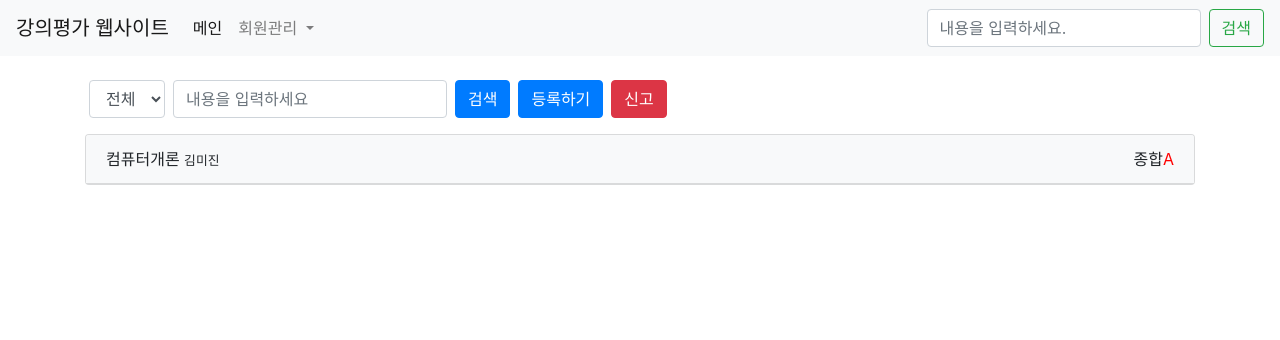
Repository: mijin99/lecture-evaluation
Page: http://localhost/Lecture_Evaluation/
An editor plug-in stored every save of this project. The page is shown before and after the next save, followed by the edit.
The browser window is 1280 px wide. The pictures show the whole page.
The page is served by Tomcat 9. Other server files are loaded and not shown.

Above is the page before, as saved 2020-12-24 17:21:45.

### Lecture Evaluation/WebContent/index.jsp
<%@ page language="java" contentType="text/html; charset=UTF-8"
    pageEncoding="UTF-8"%> <!--  한글로 -->
    <!-- PUBLIC부터 쭉 지움 -> HTML5 사용을 위해  -->
<!DOCTYPE html>
<html>
<head>
	<meta http-equiv="Content-Type" content="text/html; charset=UTF-8">
	<!-- 반응형웹이기 때문에 뷰 포트에 관련한 메타태그를 넣어줘야함 /디바이스너비                           -->
	<meta name ="viewport" content="width=device-width, initial-scale=1, Shrink-to-fit =no" >
	<title>강의평가 웹사이트</title>
	<!--  부트스트랩 css추가 -->
	<link rel="stylesheet" href="./css/bootstrap.min.css">
	<!--  커스텀 css추가 -->
	<link rel="stylesheet" href="./css/custom.css">
</head>
<body>
	<!--네비게이션  바 (HTML5부터)/부트스트랩이 제공 밝은 하양바-->
	<nav class="navbar navbar-expand-lg navbar-light bg-light">
		<!-- 부트스트랩안에서 로고 같은거 출력 -->
		<a class="navbar-brand" href="index.jsp">강의평가 웹사이트</a>
		<!-- 누르면 navbar id요소가 보였다 안보였다. -->
		<button class="navbar-toggler" type="button" data-toggle="collapse" data-target="#navbar">
			<!-- 점 3개 아이콘 -->
			<span class="navbar-toggler-icon"></span>
		</button>
		<!-- 버튼 눌러서 나타났다, 사라졌다 하는 부분  #navbar << 이거-->
		<div id="navbar" class="collapse navbar-collapse">
			<ul class="navbar-nav mr-auto">
				<li class="nav-item active">
					<a class="nav-link" href="index.jsp">메인</a>
				</li>
				<!-- 누르면 목록나옴 dropdown  -->
				<li class="nav-item dropdown">
				<!-- 눌르면 나타났다 사라졌다.. toggle -->
					<a class="nav-link dropdown-toggle" id="dropdown" data-toggle="dropdown">
						회원관리
					</a>
					<div class="dropdown-menu" aria-labelledby="dropdown">
						<a class="dropdown-item" href="#">로그인</a>
						<a class="dropdown-item" href="#">회원가입</a>
						<a class="dropdown-item" href="#">로그아웃</a>
					</div>
				</li>
			</ul>
			<!-- 검색창  -->
			<form class="form-inline my-2 my-lg-0">
				<input class="form-control mr-sm-2" type="search" placeholder="내용을 입력하세요." aria-label="Search">
					<!-- 전송버튼 -->
				<button class="btn btn-outline-success my-2 my-sm-0" type="submit">검색</button>
			</form>
		</div>
	</nav>

	<!-- 본문 내용 -->   <!-- 컨테이너 - 반응형 -->
	<section class="container">						<!-- 위로 마진 3 -->
		<form method="get" action="./index.jsp" class="form-inline mt-3">
			<!-- 강의 구분  -->								<!-- 마진 -->
			<select name="lectureDivide" class="form-control mx-1 mt-2">
				<option value="전체">전체</option>
				<option value="전공">전공</option>
				<option value="교양">교양</option>
				<option value="기타">기타</option>
			</select>
			<input type="text" name="search" class="form-control mx-1 mt-2" placeholder="내용을 입력하세요">
			<button type="submit" class="btn btn-primary mx-1 mt-2">검색</button>
			<!-- 모달창으로 강의평가 등록하기 -->						<!-- 웹페이지 위쪽 등록양식 -->
			<a class="btn btn-primary mx-1 mt-2" data-toggle="modal" href="#registerModal">등록하기</a>
			<a class="btn btn-danger mx-1 mt-2" data-toggle="modal" href="#reportModal">신고</a>
		</form>


		<!-- 강의평가 등록했을 때 보이는 모습 -->
		<div class="card bg-light mt-3">
			<div class="card-header bg-light">
				<div class="row">
					<div class="col-8 text-left">컴퓨터개론&nbsp;<small>김미진</small></div>
					<div class="col-4 text-right">
						종합<span style="color :red;">A</span>
					</div>
				</div>
			</div>
		</div>
	</section>



	<!-- 등록하기 모달창 -->
	<div class="modal fade" id="registerModal" tabindex="-1" role="dialog" aria-labelledby="modal" aria-hidden="true">
		<!-- 모달창임을 알려줌 -->
		<div class="modal-dialog">
			<!-- 모달 창 안에 내용 정의-->
			<div class="modal-content">
				<!-- 헤더와 바디로 구성 -->
				<div class="modal-header">
					<h5 class="modal-title" id="modal">평가등록</h5>
					<!-- 닫기버튼 누르면 닫히게 -->
					<button type="button" class="close" data-dismiss="modal" aria-label="Close">
						<span aria-hidden="true">&times;</span>
					</button>
				</div>
				<div class="modal-body">
					<!-- 평가 등록 요청 -->
					<form action="./evaluationRegisterAction.jsp" method="post">
						<!-- 하나의 행을 여러개 열로 나눌때  1행-->
						<div class="form-row">
							<!-- 컬럼 -->
							<div class="form-group col-sm-6">
								<label>강의명</label>
								<input type="text" name="lectureName" class="form-control" maxlength="20">
							</div>
							<div class="form-group col-sm-6">
								<label>교수명</label>
								<input type="text" name="professorName" class="form-control" maxlength="20">

							</div>
						</div>

						<!-- 2행 -->
						<div class="form-row">
							<!-- 폼그룹 - 무언가 선택할 때  -->
							<div class="form-group col-sm-4">
								<label>수강 연도</label>
								<select name="lectureYear" class="form-control">
									<option value="2011">2011</option>
									<option value="2012">2012</option>
									<option value="2013">2013</option>
									<option value="2014">2014</option>
									<option value="2015">2015</option>
									<option value="2016">2016</option>
									<option value="2017">2017</option>
									<option value="2018">2018</option>
									<option value="2019">2019</option>
									<option value="2020" selected>2020</option>
									<option value="2021">2021</option>
									<option value="2022">2022</option>
									<option value="2023">2023</option>
								</select>
							</div>
							<div class="form-group col-sm-4">
								<label>수강 학기</label>
								<select name="semesterDivide" class="form-control">
									<option value="1학기" selected>1학기 </option>
									<option value="여름학기" >여름학기 </option>
									<option value="2학기" >2학기 </option>
									<option value="겨울학기" >겨울학기 </option>
								</select>
							</div>

							<div class="form-group col-sm-4">
								<label>강의 구분</label>
								<select name="lectureDivide" class="form-control">
									<option value="전공" selected>전공 </option>
									<option value="교양" >교양 </option>
									<option value="기타" >기타 </option>
								</select>
							</div>
						</div>

						<!-- 실제 강의 평가 내용 3행 -->
						<div class="form-group">
							<label>제목</label>
							<input type="text" name="evaluationTime" class="form-control" maxlength="30">
						</div>

						<div class="form-group">
							<label>내용</label>
							<textarea  name="evaluationContext" class="form-control" maxlength="2048" style="height:180px;"></textarea>
						</div>

						<!-- 1개의 행을 여러개로 -->
						<div class="form-row">
							<div class="form-group col-sm-3">
							<label>종합</label>
								<select name="totalScore" class="form-control">
									<option value="A" selected>A</option>
									<option value="B" selected>B</option>
									<option value="C" selected>C</option>
									<option value="D" selected>D</option>
									<option value="F" selected>F</option>
								</select>
							</div>

							<div class="form-group col-sm-3">
							<label>성적</label>
								<select name="creditScore" class="form-control">
									<option value="A" selected>A</option>
									<option value="B" selected>B</option>
									<option value="C" selected>C</option>
									<option value="D" selected>D</option>
									<option value="F" selected>F</option>
								</select>
							</div>

							<div class="form-group col-sm-3">
							<label>널널</label>
								<select name="comfortableScore" class="form-control">
									<option value="A" selected>A</option>
									<option value="B" selected>B</option>
									<option value="C" selected>C</option>
									<option value="D" selected>D</option>
									<option value="F" selected>F</option>
								</select>
							</div>

							<div class="form-group col-sm-3">
							<label>강의</label>
								<select name="lectureScore" class="form-control">
									<option value="A" selected>A</option>
									<option value="B" selected>B</option>
									<option value="C" selected>C</option>
									<option value="D" selected>D</option>
									<option value="F" selected>F</option>
								</select>
							</div>
						</div>
						<!-- 모달 헤더, 바디 ,푸터 -->
						<div class="modal-footer">
							<button  type="button" class="btn btn-secondary" data-dismiss="modal">취소</button>
							<button type="submit" class="btn btn-primary">등록하기</button>
						</div>
					</form>
				</div>
			</div>
		</div>
	</div>

	<!-- 신고하기 모달창 -->
	<div class="modal fade" id="reportModal" tabindex="-1" role="dialog" aria-labelledby="modal" aria-hidden="true">
			<!-- 모달창임을 알려줌 -->
			<div class="modal-dialog">
				<!-- 모달 창 안에 내용 정의-->
				<div class="modal-content">
					<!-- 헤더와 바디로 구성 -->
					<div class="modal-header">
						<h5 class="modal-title" id="modal">신고하기</h5>
						<!-- 닫기버튼 누르면 닫히게 -->
						<button type="button" class="close" data-dismiss="modal" aria-label="Close">
							<span aria-hidden="true">&times;</span>
						</button>
					</div>
					<div class="modal-body">
						<!-- 신고 요청 -->
						<form action="./reportAction.jsp" method="post">

							<!-- 실제 강의 평가 내용 3행 -->
							<div class="form-group">
								<label>신고 제목</label>
								<input type="text" name="reportTitle" class="form-control" maxlength="30">
							</div>

							<div class="form-group">
								<label>신고 내용</label>
								<textarea  name="reportContent" class="form-control" maxlength="2048" style="height:180px;"></textarea>
							</div>

							<!-- 모달 헤더, 바디 ,푸터 -->
							<div class="modal-footer">
								<button  type="button" class="btn btn-secondary" data-dismiss="modal">취소</button>
								<button type="submit" class="btn btn-danger">신고하기</button>
							</div>
						</form>
					</div>
				</div>
			</div>
		</div>

	<!-- 제이쿼리 자바스크립트 추가, 보통 바디 쪽에 아래씀 기본틀 -->
	<script src="./js/jquery.min.js"></script>
	<!-- 파퍼 자바스크립트 추가-->
	<script src="./js/popper.js"></script>
	<!-- 부트스트랩 자바스크립트 추가-->
	<script src="./js/bootstrap.min.js"></script>
</body>
</html>

### Lecture Evaluation/WebContent/css/custom.css
<!--커스텀의 경우 덮어쓰기 , 웹폰트 ,색깔 등등 -->

@import url(https://fonts.googleapis.com/earlyaccess/jejugothic.css);
@import url(http://fonts.googleapis.com/earlyaccess/nanumgothic.css);

Loaded but not shown: Lecture Evaluation/WebContent/css/bootstrap.min.css (library); Lecture Evaluation/WebContent/js/jquery.min.js (library); Lecture Evaluation/WebContent/js/popper.js (library); Lecture Evaluation/WebContent/js/bootstrap.min.js (library)

After the next save:
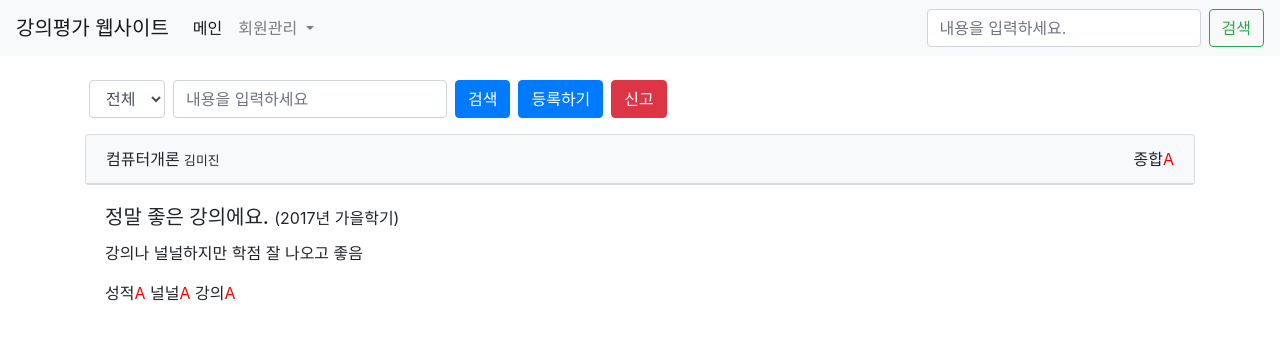
Saved 3 min 10 s later.
--- a/Lecture Evaluation/WebContent/index.jsp
+++ b/Lecture Evaluation/WebContent/index.jsp
@@ -69,7 +69,7 @@
 		</form>
 
 
-		<!-- 강의평가 등록했을 때 보이는 모습 -->
+		<!-- 강의평가 등록했을 때 보이는 모습 카드-->
 		<div class="card bg-light mt-3">
 			<div class="card-header bg-light">
 				<div class="row">
@@ -77,6 +77,21 @@
 					<div class="col-4 text-right">
 						종합<span style="color :red;">A</span>
 					</div>
+				</div>
+			</div>
+		</div>
+
+		<!-- 카드 바디부분 -->
+		<div class="card-body">
+			<h5 class="card-title">
+				정말 좋은 강의에요.&nbsp;<small>(2017년 가을학기)</small>
+			</h5>
+			<p class="card-text">강의나 널널하지만 학점 잘 나오고 좋음
+			<div class="row">
+				<div class="col-9 text-left">
+					성적<span style="color :red;">A</span>
+					널널<span style="color :red;">A</span>
+					강의<span style="color :red;">A</span>
 				</div>
 			</div>
 		</div>
